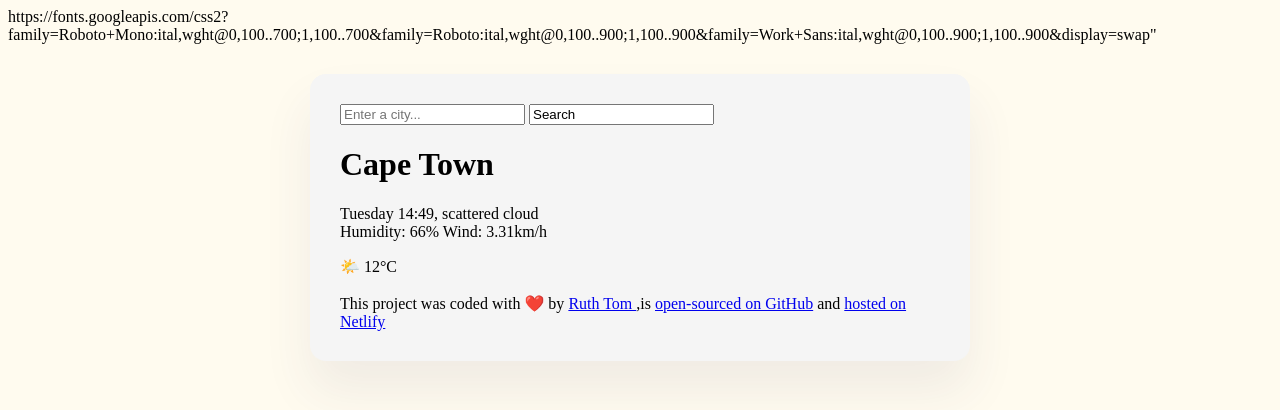
Repository: RuthTom711/Weatherly-App
Page: index.html
The author's editor kept a copy of each file at every save. The page is drawn from the files as they stood at one save, then again after the next save.
The browser window is 1280 px wide. The pictures show the whole page.

Above is the page before, as saved 2025-11-10 22:20:31.

After the next save:
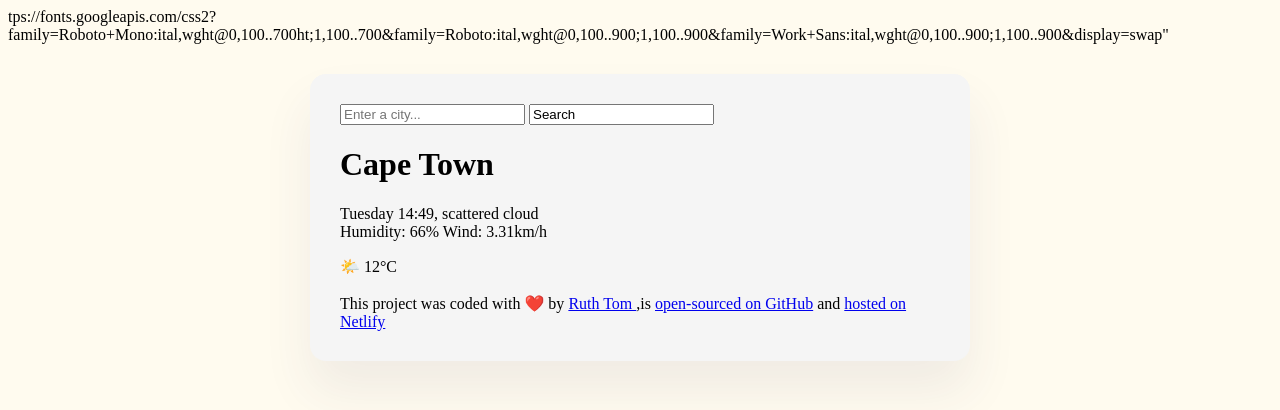
Saved 33 s later.
--- a/index.html
+++ b/index.html
@@ -4,7 +4,7 @@
     <meta charset="UTF-8" />
     <link rel="preconnect" href="https://fonts.googleapis.com">
 <link rel="preconnect" href="https://fonts.gstatic.com" crossorigin>
-https://fonts.googleapis.com/css2?family=Roboto+Mono:ital,wght@0,100..700;1,100..700&family=Roboto:ital,wght@0,100..900;1,100..900&family=Work+Sans:ital,wght@0,100..900;1,100..900&display=swap"
+tps://fonts.googleapis.com/css2?family=Roboto+Mono:ital,wght@0,100..700ht;1,100..700&family=Roboto:ital,wght@0,100..900;1,100..900&family=Work+Sans:ital,wght@0,100..900;1,100..900&display=swap"
 
     <meta name="viewport" content="width=device-width, initial-scale=1.0" />
     <title>Weatherly App</title>
